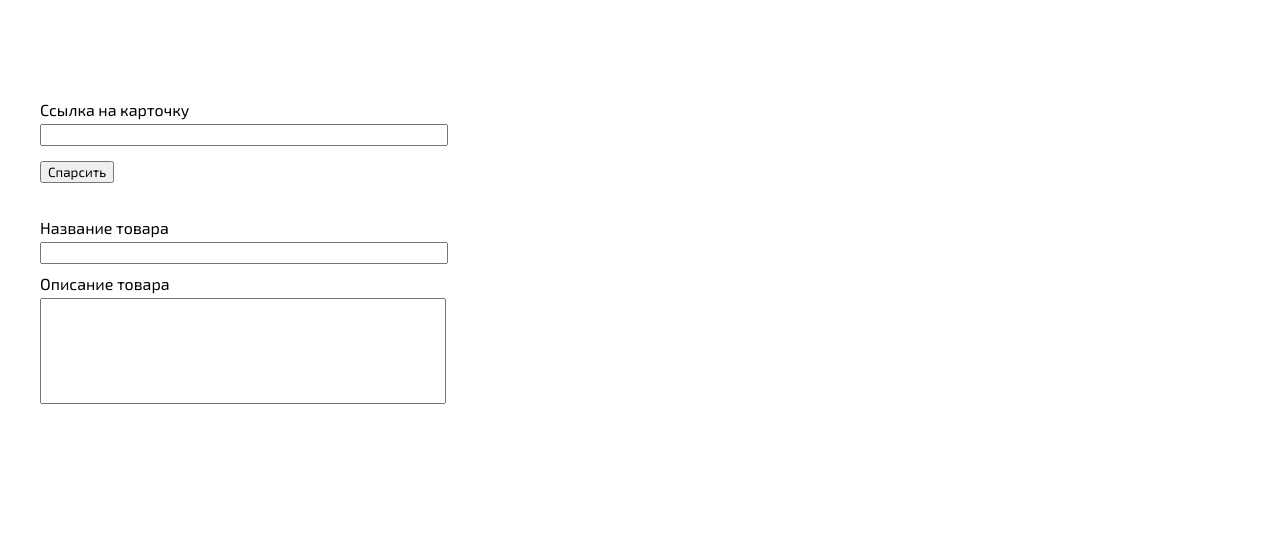
Repository: yozuul/wildberries-product-card-parser-api-exchange
Page: public/index.html
The author's editor kept a copy of each file at every save. The page is drawn from the files as they stood at one save, then again after the next save.
The browser window is 1280 px wide. The pictures show the whole page.

Above is the page before, as saved 2021-08-18 17:40:14.

After the next save:
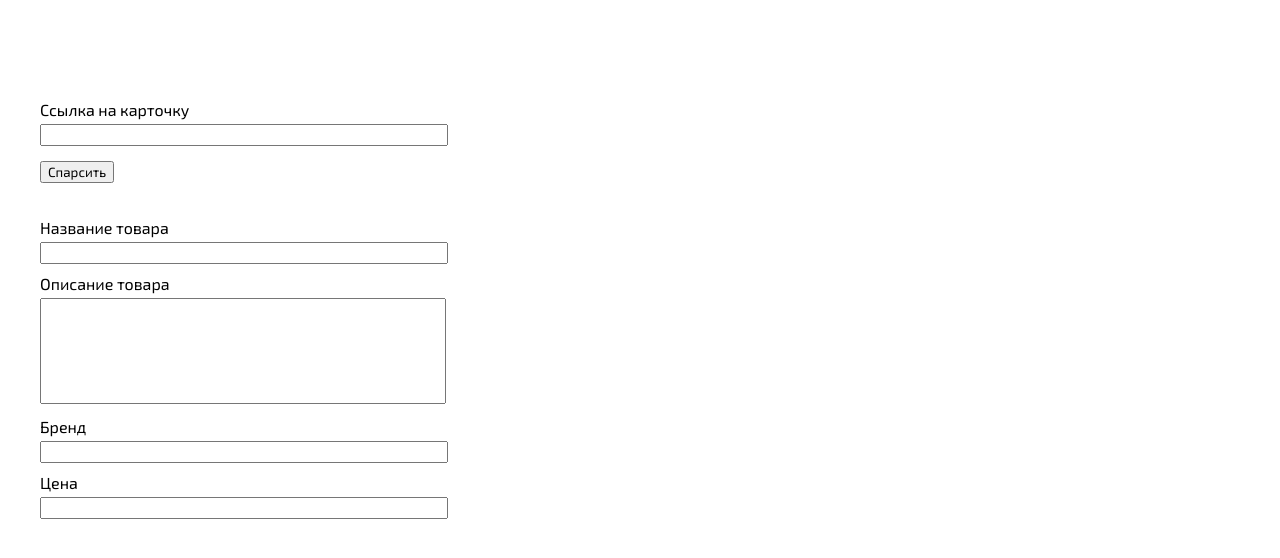
Saved 96 s later.
--- a/public/index.html
+++ b/public/index.html
@@ -20,11 +20,19 @@
          <form name="productForm">
             <div class="inputWrapper">
                <p>Название товара</p>
-               <input type="text" name="productName" id="productCardName">
+               <input type="text" name="productName" id="productName">
             </div>
             <div class="inputWrapper">
                <p>Описание товара</p>
-               <textarea name="productDesc" id="productCardDesc"></textarea>
+               <textarea name="productDesc" id="productDesc"></textarea>
+            </div>
+            <div class="inputWrapper">
+               <p>Бренд</p>
+               <input type="text" name="productBrand" id="productBrand">
+            </div>
+            <div class="inputWrapper">
+               <p>Цена</p>
+               <input type="text" name="productPrice" id="productPrice">
             </div>
          </form>
       </div>
